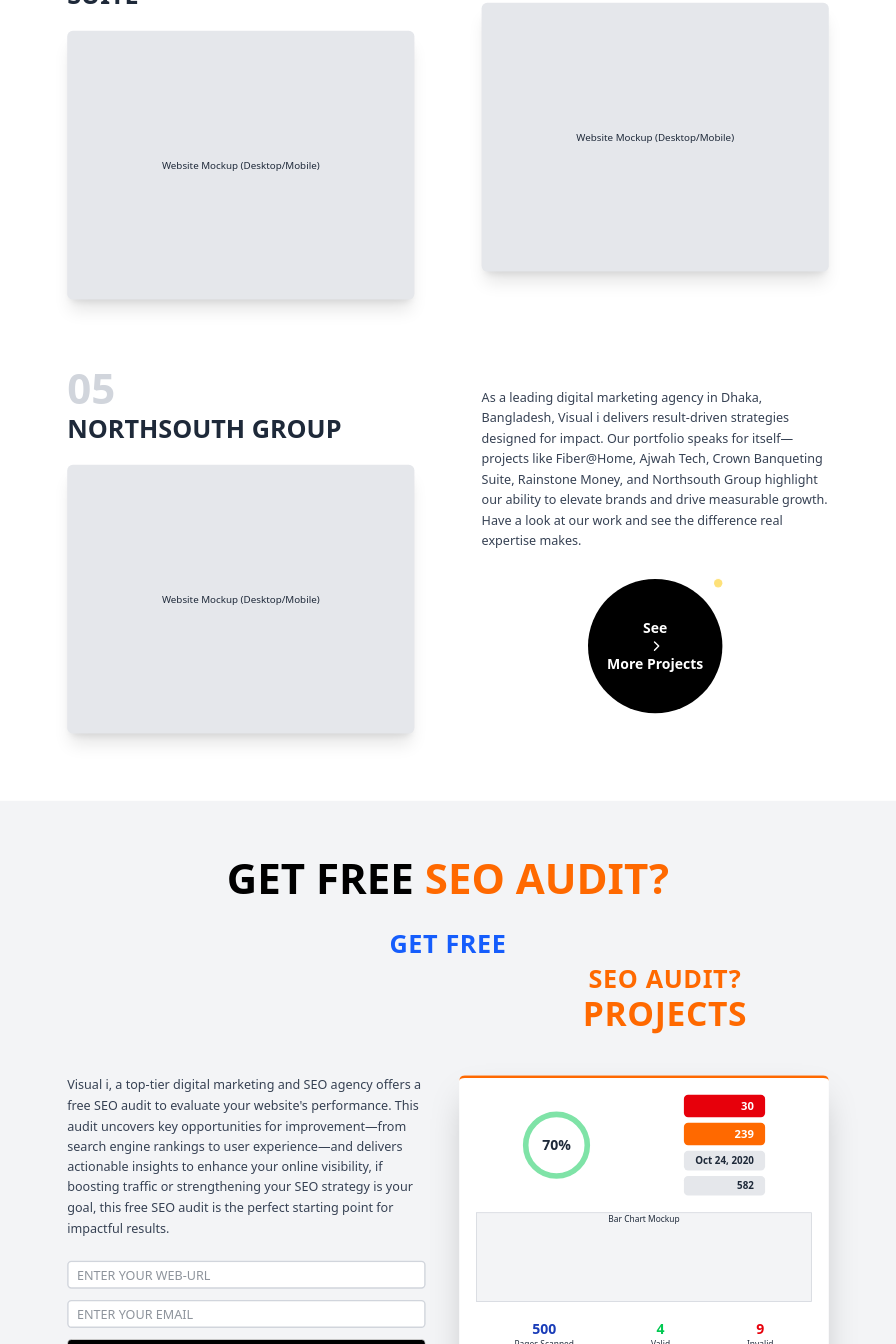
Repository: mdmuhibullahhabib/weboria
Page: /
An editor plug-in stored every save of this project. The page is shown before and after a run of saves, followed by the edit.
The browser window is 1280 px wide. The pictures show the part of the page from y = 4580 to 6500 px (the page is 9409 px tall before and 9359 px after), at 70% of full size.
The project was rebuilt for these pictures with package versions that can differ from the ones it lists, and the page was loaded fresh each time. Some packages were replaced by stand-ins written for this rebuild. The framework's server and built-in components were replaced by stand-ins that run in the browser. Also part of the build but not shown: next.config.mjs.

Above is the page before, as saved 2025-10-03 01:26:53.

After the next 2 saves:
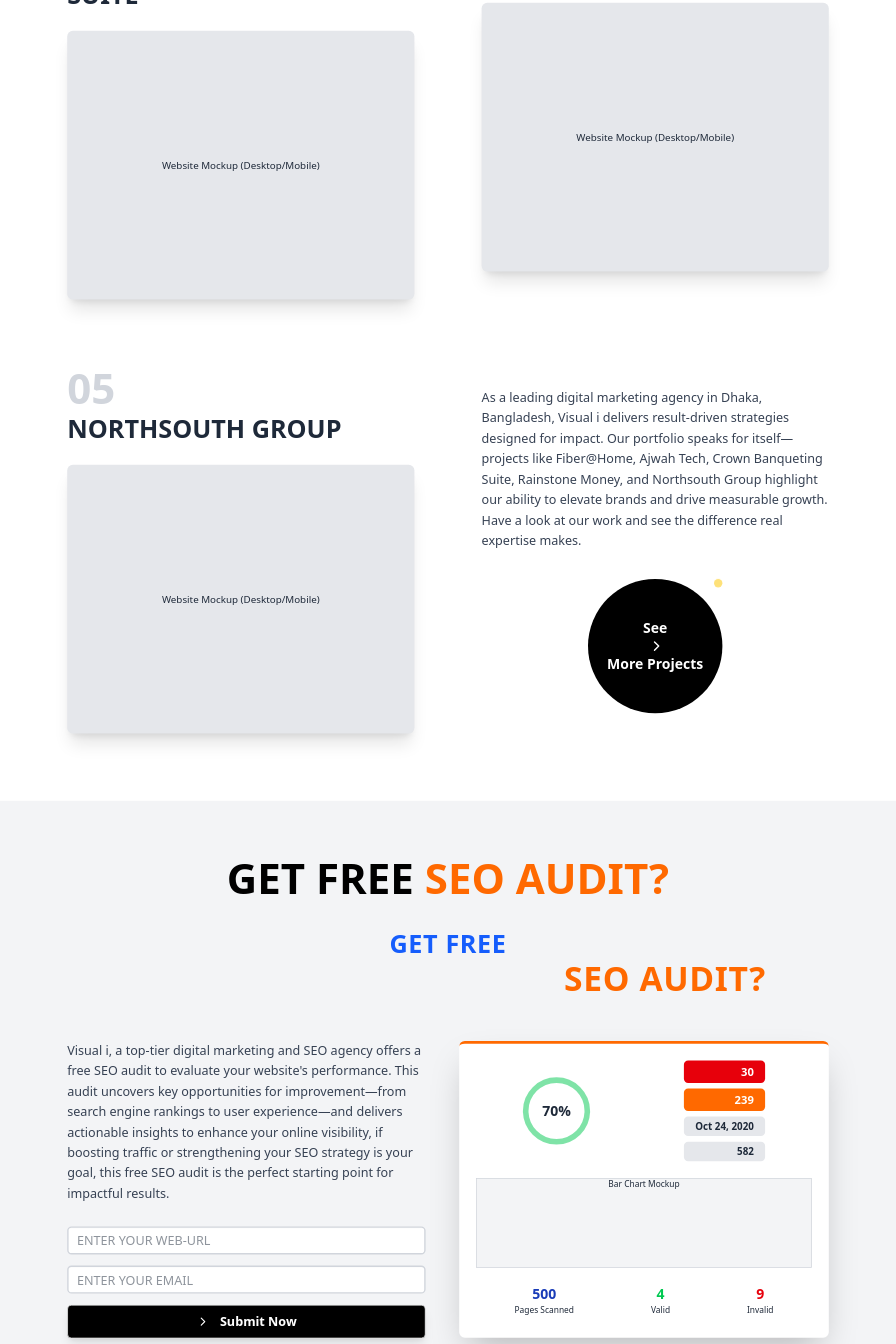
The 2 saves are shown as one change because they came seconds apart.
The last was saved 33 s later.
--- a/src/components/SectionTitle.jsx
+++ b/src/components/SectionTitle.jsx
@@ -6,8 +6,7 @@ export default function SectionTitle({ titleTop, titleBottom }) {
       <div className="text-5xl md:text-3xl lg:text-4xl font-bold tracking-wide leading-snug">
         <span className="text-blue-600">{titleTop}</span>
         <br />
-        <span className="text-orange-500 ml-[620px]">{titleBottom}</span>
-        <h2 className='text-orange-500 text-5xl ml-[620px]'> PROJECTS</h2>
+        <h2 className='text-orange-500 text-5xl ml-[620px]'> {titleBottom}</h2>
       </div>
     </div>
   );
